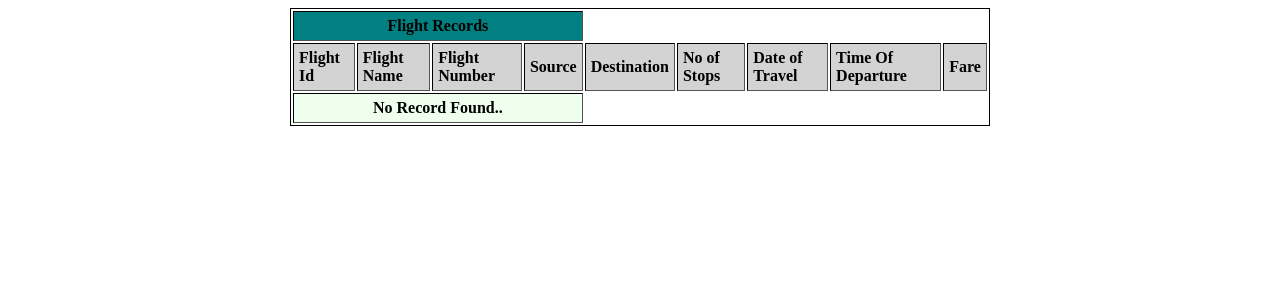
Repository: pawankas/Java_Mini_Project
Page: http://localhost/AirReservation/Search
An editor plug-in stored every save of this project. The page is shown before and after the next save, followed by the edit.
The browser window is 1280 px wide. The pictures show the whole page.
The page is served by Tomcat 9. Other server files are loaded and not shown. Queries for data that is not in the repository find no rows.

Above is the page before, as saved 2022-03-17 17:37:38.

### Mini_Project_Java/AirReservation/WebContent/SearchView.jsp
<%@ page import="java.util.*" %>
 <%@page contentType="text/html" pageEncoding="UTF-8"%>
<!DOCTYPE HTML>
<html>
    <head>
    </head>
    <body>
        <table width="700px" align="center" border="1" cellpadding="5"
               style="border:1px solid #000000;">
            <tr>
                <td colspan=4 align="center"
                    style="background-color:teal">
                    <b>Flight Records</b></td>
            </tr>
            <tr style="background-color:lightgrey;">
                <td><b>Flight Id</b></td>
                <td><b>Flight Name</b></td>
                <td><b>Flight Number</b></td>
                <td><b>Source</b></td>
                <td><b>Destination</b></td>
                <td><b>No of Stops</b></td>
                <td><b>Date of Travel</b></td>
                <td><b>Time Of Departure</b></td>
                <td><b>Fare</b></td>

            </tr>

            <%
                int count = 0;
                String color = "";
                if (request.getAttribute("flightList") != null) {
                    ArrayList al = (ArrayList) request.getAttribute("flightList");
                    System.out.println(al);
                    Iterator itr = al.iterator();
                    while (itr.hasNext()) {

                        if ((count % 2) == 0) {
                            color = "";
                        }
                        count++;
                        ArrayList flightList = (ArrayList) itr.next();
            %>
            <tr style="background-color:<%=color%>;">
                <td><%=flightList.get(0)%></td>
                <td><%=flightList.get(1)%></td>
                <td><%=flightList.get(2)%></td>
                <td><%=flightList.get(3)%></td>
                <td><%=flightList.get(4)%></td>
                <td><%=flightList.get(5)%></td>
                <td><%=flightList.get(6)%></td>
                <td><%=flightList.get(7)%></td>
                <td><%=flightList.get(8)%></td>

            </tr>
            <%
                    }
                }
                if (count == 0) {
            %>
            <tr>
                <td colspan=4 align="center"
                    style="background-color:#eeffee"><b>No Record Found..</b></td>
            </tr>
            <%            }
            %>
        </table>
    </body>
</html>

### Mini_Project_Java/AirReservation/src/com/cybage/controller/FlightControllerServlet.java
package com.cybage.controller;

import java.io.IOException;
import java.io.PrintWriter;
import java.sql.Connection;
import java.sql.DriverManager;
import java.sql.ResultSet;
import java.sql.SQLException;
import java.sql.Statement;
import java.text.SimpleDateFormat;
import java.util.ArrayList;
import java.util.Date;
import java.util.List;

import javax.servlet.RequestDispatcher;
import javax.servlet.ServletException;
import javax.servlet.annotation.WebServlet;
import javax.servlet.http.HttpServlet;
import javax.servlet.http.HttpServletRequest;
import javax.servlet.http.HttpServletResponse;

import com.cybage.dao.FlightDao;
import com.cybage.model.Flight;

@WebServlet("/")
public class FlightControllerServlet extends HttpServlet {
	private static final long serialVersionUID = 1L;
	private FlightDao flightDao;

	public void init() {
		flightDao = new FlightDao();
	}

	protected void doPost(HttpServletRequest request, HttpServletResponse response)
			throws ServletException, IOException {
		doGet(request, response);
	}

	protected void doGet(HttpServletRequest request, HttpServletResponse response)
			throws ServletException, IOException {
		String action = request.getServletPath();

		try {
			switch (action) {
			case "/new":
				showNewForm(request, response);
				break;
			case "/insert":
				insertFlight(request, response);
				break;
			case "/delete":
				deleteFlight(request, response);
				break;
			case "/edit":
				showEditForm(request, response);
				break;
			case "/update":
				updateFlight(request, response);
				break;
			case "/uflist":
				userFlightList(request, response);
				break;
			case "/Search":
				searchFlightById(request, response);
				break;
			default:
				FlightList(request, response);
				break;
			}
		} catch (SQLException ex) {
			throw new ServletException(ex);
		}
	}

	private void FlightList(HttpServletRequest request, HttpServletResponse response)
			throws SQLException, IOException, ServletException {
		List<Flight> FlightList = flightDao.selectAllFlights();
		request.setAttribute("FlightList", FlightList);
		RequestDispatcher dispatcher = request.getRequestDispatcher("FlightList.jsp");
		dispatcher.forward(request, response);
	}

	private void userFlightList(HttpServletRequest request, HttpServletResponse response)
			throws SQLException, IOException, ServletException {
		List<Flight> FlightList = flightDao.selectAllFlights();
		request.setAttribute("FlightList", FlightList);
		RequestDispatcher dispatcher = request.getRequestDispatcher("userHome.jsp");
		dispatcher.forward(request, response);
	}

	private void showNewForm(HttpServletRequest request, HttpServletResponse response)
			throws ServletException, IOException {
		RequestDispatcher dispatcher = request.getRequestDispatcher("FlightForm.jsp");
		dispatcher.forward(request, response);
	}

	private void showEditForm(HttpServletRequest request, HttpServletResponse response)
			throws SQLException, ServletException, IOException {
		int flightId = Integer.parseInt(request.getParameter("flightId"));
		Flight existingFlight = flightDao.selectFlight(flightId);
		RequestDispatcher dispatcher = request.getRequestDispatcher("UpdateForm.jsp");
		request.setAttribute("flight", existingFlight);
		dispatcher.forward(request, response);

	}

	private void insertFlight(HttpServletRequest request, HttpServletResponse response)
			throws SQLException, IOException {
		String flightName = request.getParameter("flightName");
		String flightNumber = request.getParameter("flightNumber");
		String source = request.getParameter("source");
		String destination = request.getParameter("destination");
		String noOfStops = request.getParameter("noOfStops");
		String date = request.getParameter("date");
		String time = request.getParameter("time");
		double price = Double.parseDouble(request.getParameter("price"));
		Flight newFlight = new Flight(flightName, flightNumber, source, destination, noOfStops, date, time, price);
		flightDao.insertFlight(newFlight);
		response.sendRedirect("list");
	}

	private void updateFlight(HttpServletRequest request, HttpServletResponse response)
			throws IOException, SQLException {
		int flightId = Integer.parseInt(request.getParameter("flightId"));
		String flightName = request.getParameter("flightName");
		String flightNumber = request.getParameter("flightNumber");
		String source = request.getParameter("source");
		String destination = request.getParameter("destination");
		String noOfStops = request.getParameter("noOfStops");
		String date = request.getParameter("date");
		String time = request.getParameter("time");
		double price = Double.parseDouble(request.getParameter("price"));

		Flight flight = new Flight(flightId, flightName, flightNumber, source, destination, noOfStops, date, time,
				price);
		flightDao.updateFlight(flight);

		response.sendRedirect("list");
	}

	public void searchFlightById(HttpServletRequest request, HttpServletResponse response) throws IOException {
		response.setContentType("text/html");
		PrintWriter out = response.getWriter();
		Connection conn = null;
		String url = "jdbc:mysql://localhost:3306/";
		String dbName = "airlinereservationsystem";
		String driver = "com.mysql.jdbc.Driver";
		String userName = "root";
		String password = "P9637333109k@";
		Statement st = null;
		try {
			Class.forName(driver).newInstance();
			conn = DriverManager.getConnection(url + dbName, userName, password);
			System.out.println("connected!.....");
			String flightId = request.getParameter("flightId");
			System.out.println(flightId);
			ArrayList al = null;
			// Flight flight = null;
			ArrayList flightList = new ArrayList<>();
			String query = "select * from flight";
			if (flightId != null && !flightId.equals("")) {
				query = "select * from flight where flightId='" + flightId + "' ";
			}
			System.out.println("query " + query);
			st = conn.createStatement();
			ResultSet rs = st.executeQuery(query);

			while (rs.next()) {
				al = new ArrayList();
				/*
				 * Flight flight = new Flight();
				 * flight.setFlightId((Integer.parseInt(rs.getString(1))));
				 * flight.setFlightName(rs.getString(2));
				 */
				al.add(rs.getString(1));
				al.add(rs.getString(2));
				al.add(rs.getString(3));
				al.add(rs.getString(4));
				al.add(rs.getString(5));
				al.add(rs.getString(6));
				al.add(rs.getString(7));
				al.add(rs.getString(8));
				al.add(rs.getString(9));
				System.out.println("al :: " + al);
				flightList.add(al);
			}

			request.setAttribute("flightList", flightList);
			RequestDispatcher view = request.getRequestDispatcher("SearchView.jsp");
			view.forward(request, response);
			conn.close();
			System.out.println("Disconnected!");
		} catch (Exception e) {
			e.printStackTrace();
		}

	}

	private void deleteFlight(HttpServletRequest request, HttpServletResponse response)
			throws SQLException, IOException {
		System.out.println(request.getParameter("flightId"));
		try {
			int flightId = Integer.parseInt(request.getParameter("flightId"));
			flightDao.deleteFlight(flightId);

		} catch (NumberFormatException e) {
			// TODO Auto-generated catch block
			e.printStackTrace();
		}
		response.sendRedirect("list");
	}

}

After the next save:
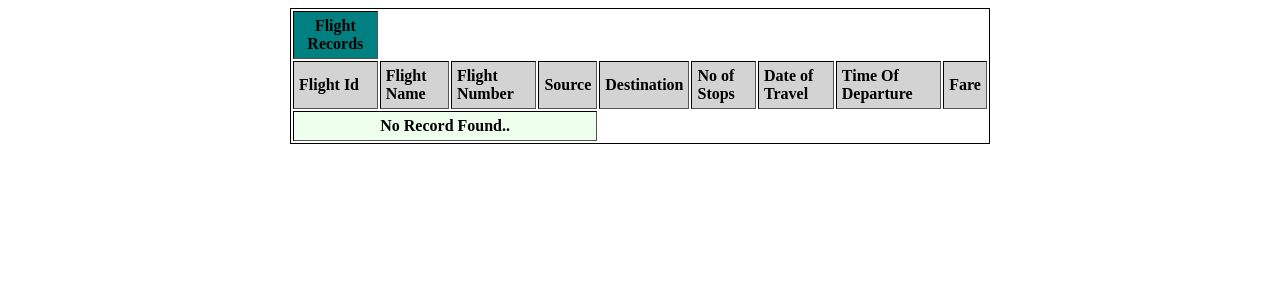
Saved 23 s later.
--- a/Mini_Project_Java/AirReservation/WebContent/SearchView.jsp
+++ b/Mini_Project_Java/AirReservation/WebContent/SearchView.jsp
@@ -8,7 +8,7 @@
         <table width="700px" align="center" border="1" cellpadding="5"
                style="border:1px solid #000000;">
             <tr>
-                <td colspan=4 align="center"
+                <td align="center"
                     style="background-color:teal">
                     <b>Flight Records</b></td>
             </tr>
